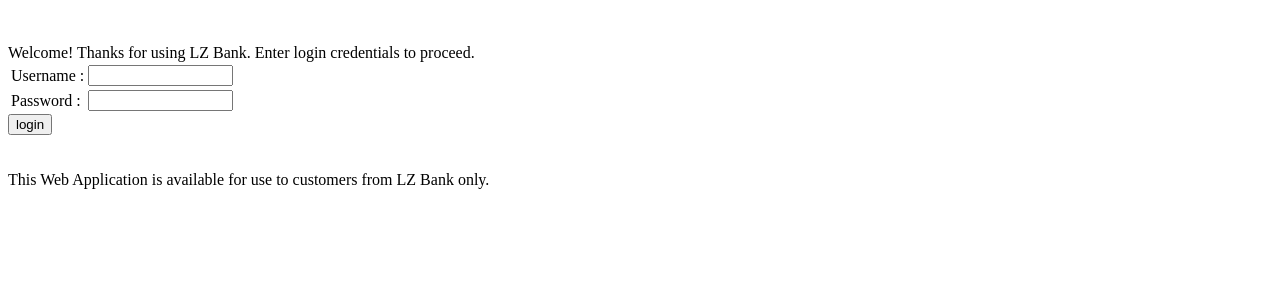
Repository: kingron98/SoftEng-Bank-Web-Application-
Page: SE3 Bank App/Java/Workspace/SE3_BankWebApp/WebContent/login.html
These files come from the project's save history. The page is drawn as it stood at one moment and after the next save; the edit follows.
The browser window is 1280 px wide. The pictures show the whole page.

Above is the page before, as saved 2020-12-11 18:30:39.

After the next save:
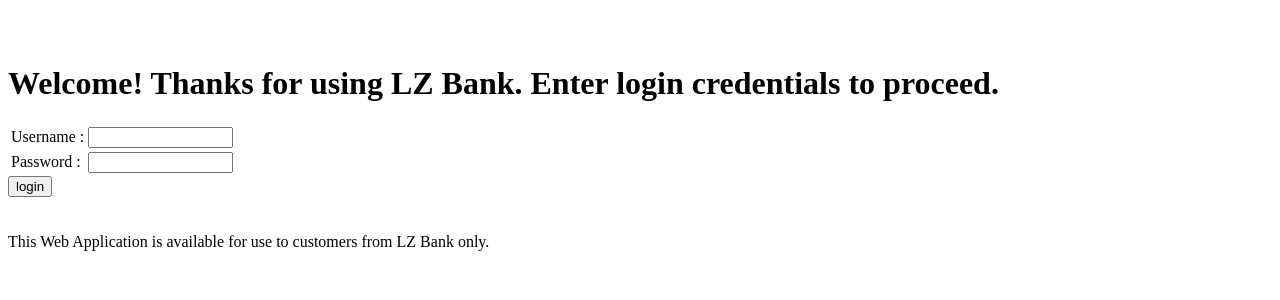
Saved 35 s later.
--- a/SE3 Bank App/Java/Workspace/SE3_BankWebApp/WebContent/login.html
+++ b/SE3 Bank App/Java/Workspace/SE3_BankWebApp/WebContent/login.html
@@ -12,7 +12,7 @@
 	<br/>
 
             <form action="FrontController" method="post">
-            Welcome! Thanks for using LZ Bank. Enter login credentials to proceed.
+            <h1>Welcome! Thanks for using LZ Bank. Enter login credentials to proceed.</h1>
                 <table>
                     <tr>
                         <td> Username  : </td><td> <input name="username" size=15 type="text" /> </td>

After the save that followed:
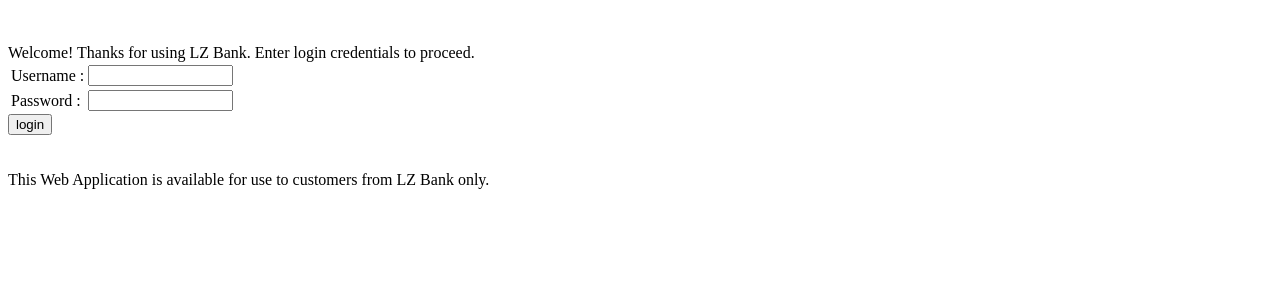
Saved 73 s later.
--- a/SE3 Bank App/Java/Workspace/SE3_BankWebApp/WebContent/login.html
+++ b/SE3 Bank App/Java/Workspace/SE3_BankWebApp/WebContent/login.html
@@ -10,9 +10,8 @@
 <body>
 	<br/>
 	<br/>
-
+	Welcome! Thanks for using LZ Bank. Enter login credentials to proceed.
             <form action="FrontController" method="post">
-            <h1>Welcome! Thanks for using LZ Bank. Enter login credentials to proceed.</h1>
                 <table>
                     <tr>
                         <td> Username  : </td><td> <input name="username" size=15 type="text" /> </td>
